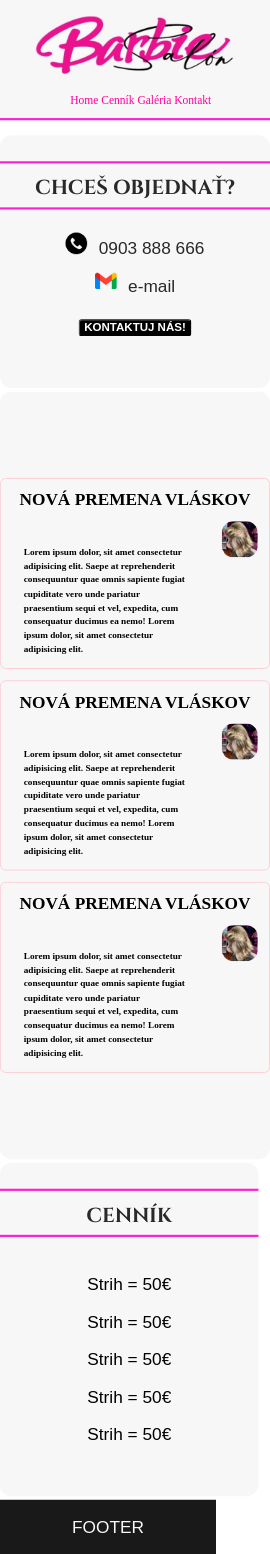
Repository: Badynko/Barbie-salon
Page: index.html
These files come from the project's save history. The page is drawn as it stood at one moment and after the next save; the edit follows.
The browser window is 375 px wide. The pictures show the whole page, at 72% of full size.
Some web fonts or font styles are not loaded; a fallback is used.

Above is the page before, as saved 2024-08-05 19:56:45.

### index.html
<!DOCTYPE html>
<html lang="en">
  <head>
    <meta charset="UTF-8" />
    <meta name="viewport" content="width=device-width, initial-scale=1.0" />
    <title>Barbie Salón</title>
    <link rel="stylesheet" href="css/style.css" />

    <link rel="preconnect" href="https://fonts.googleapis.com" />
    <link rel="preconnect" href="https://fonts.gstatic.com" crossorigin />
    <link
      href="https://fonts.googleapis.com/css2?family=Cinzel+Decorative:wght@400;700;900&family=Inter:wght@100..900&display=swap"
      rel="stylesheet"
    />

    <link rel="preconnect" href="https://fonts.googleapis.com" />
    <link rel="preconnect" href="https://fonts.gstatic.com" crossorigin />
    <link
      href="https://fonts.googleapis.com/css2?family=Cinzel+Decorative:wght@400;700;900&family=Cinzel:wght@400..900&family=Inter:wght@100..900&display=swap"
      rel="stylesheet"
    />

    <link rel="preconnect" href="https://fonts.googleapis.com" />
    <link rel="preconnect" href="https://fonts.gstatic.com" crossorigin />
    <link
      href="https://fonts.googleapis.com/css2?family=Cinzel+Decorative:wght@400;700;900&family=Cinzel:wght@400..900&family=Gupter:wght@400;500;700&family=Inter:wght@100..900&display=swap"
      rel="stylesheet"
    />
  </head>
  <body>
    <header>
      <div class="logo">
        <img src="img/logo-new.png" alt="logo" width="500px" height="auto" />
      </div>
      <nav>
        <ul class="menu">
          <li><a href="#">Home</a></li>
          <li><a href="#">Cenník</a></li>
          <li><a href="#">Galéria</a></li>
          <li><a href="#">Kontakt</a></li>
        </ul>
      </nav>
      <div class="social">
        <img src="img/fb.png" alt="FB" width="50px" height="auto" />
        <img src="img/ig.png" alt="IG" width="50px" height="auto" />
        <img src="img/tiktok.png" alt="tiktok" width="50px" height="auto" />
      </div>
    </header>
    <div class="main">
      <aside class="left">
        <h3 class="left-title">Chceš objednať?</h3>
        <ul class="termin-list">
          <li><img
              src="img/phone.png"
              alt="phone"
              width="30px"
              class="img-gmail"
            /><a href="#" class="contact-gmail"><a href="#">0903 888 666</a></li>
          <li>
            <img
              src="img/gmail.png"
              alt="gmail"
              width="30px"
              class="img-gmail"
            /><a href="#" class="contact-gmail">e-mail</a>
          </li>
        </ul>
        <button class="left-sub">Kontaktuj nás!</button>
      </aside>
      <main>
        <section class="container-main">
          <div class="post">
            <h4>Nová premena vláskov</h4>
            <div class="post-content">
              <p>
                Lorem ipsum dolor, sit amet consectetur adipisicing elit. Saepe
                at reprehenderit consequuntur quae omnis sapiente fugiat
                cupiditate vero unde pariatur praesentium sequi et vel,
                expedita, cum consequatur ducimus ea nemo! Lorem ipsum dolor,
                sit amet consectetur adipisicing elit.
              </p>
              <img
                src="img/post.jpg"
                alt="hairs"
                width="1440px"
                height="1440px"
                class="post-img"
              />
            </div>
          </div>
          <div class="post">
            <h4>Nová premena vláskov</h4>
            <div class="post-content">
              <p>
                Lorem ipsum dolor, sit amet consectetur adipisicing elit. Saepe
                at reprehenderit consequuntur quae omnis sapiente fugiat
                cupiditate vero unde pariatur praesentium sequi et vel,
                expedita, cum consequatur ducimus ea nemo! Lorem ipsum dolor,
                sit amet consectetur adipisicing elit.
              </p>
              <img
                src="img/post.jpg"
                alt="hairs"
                width="150px"
                class="post-img"
              />
            </div>
          </div>
          <div class="post">
            <h4>Nová premena vláskov</h4>
            <div class="post-content">
              <p>
                Lorem ipsum dolor, sit amet consectetur adipisicing elit. Saepe
                at reprehenderit consequuntur quae omnis sapiente fugiat
                cupiditate vero unde pariatur praesentium sequi et vel,
                expedita, cum consequatur ducimus ea nemo! Lorem ipsum dolor,
                sit amet consectetur adipisicing elit.
              </p>
              <img
                src="img/post.jpg"
                alt="hairs"
                width="150px"
                class="post-img"
              />
            </div>
          </div>
        </section>
      </main>
      <aside class="right">
        <h3 class="right-title">Cenník</h3>
        saidbad
        <ul class="prices">
          <li>
            <p class="price">Strih = 50€</p>
          </li>
          <li><p class="price">Strih = 50€</p></li>
          <li><p class="price">Strih = 50€</p></li>
          <li><p class="price">Strih = 50€</p></li>
          <li><p class="price">Strih = 50€</p></li>
        </ul>
      </aside>
    </div>
    <footer>FOOTER</footer>
  </body>
</html>

### css/style.css
* {
  margin: 0;
  box-sizing: border-box;
}

body {
  height: 95vh;
  font-family: sans-serif;
  text-align: center;
  color: #f7f7f7;
  font-size: 24px;
  display: flex;
  flex-direction: column;
  gap: 5px;
}

header {
  background: #f7f7f7;
  padding: 0;
  display: flex;
  flex-direction: row;
  align-items: center;
  border-bottom: 3px solid #fe1ed5;
  margin-bottom: 1rem;
}

.main {
  display: flex;
  flex: 1;
  gap: 5px;
}

.left {
  background: #f7f7f7;
  padding: 1.5em 0 3em 0;
  flex: 1 1 100px;
  margin-left: 1rem;

  border-radius: 1rem;
}

main {
  background: #f7f7f7;
  padding: 3em 0 3em 0;
  flex: 5 5 150px;

  border-radius: 1rem;
}

.right {
  background: #f7f7f7;
  padding: 1.5em 0 3em 0;
  margin-right: 1rem;

  border-radius: 1rem;
  flex: 1 1 150px;
}

footer {
  background: #191919;
  padding: 1em 0 1em 0;
}

/* CONTENT */

img {
  margin: 0;
  padding: 0;
}

nav {
  margin-left: 1rem;
  font-family: "Cinzel Decorative", serif;
  font-weight: 400;
  font-style: normal;
}

ul {
  padding-bottom: 0;
  padding-left: 0;
}

.menu a:link {
  text-decoration: none;
  padding-right: 3rem;
  margin-right: 0;

  background-color: #f7f7f7;
  padding: 10px 20px;
  color: #ff009d;
  border-radius: 10px;
  text-decoration: none;
}

.menu a:visited {
  color: #ff009d;
}

.menu a:hover {
  font-weight: 800;
}

.menu li {
  display: inline-block;
}

.left-title {
  padding-top: 1rem;
  padding-bottom: 0.5rem;
  text-transform: uppercase;
  color: rgb(41, 41, 41);
  border-top: 3px solid #fe1ed5;
  border-bottom: 3px solid #fe1ed5;
  font-family: "Cinzel", serif;
}

.right-title {
  padding-top: 1rem;
  padding-bottom: 0.5rem;
  text-transform: uppercase;
  color: rgb(41, 41, 41);
  border-top: 3px solid #fe1ed5;
  border-bottom: 3px solid #fe1ed5;
  font-family: "Cinzel", serif;
}

.termin-list {
  list-style: none;
  padding-left: 0;
  padding-top: 1rem;
}

.termin-list li {
  padding-top: 1rem;
  color: #282828;
}

.termin-list a:link {
  text-decoration: none;
  color: #282828;
}

.termin-list a:visited {
  text-decoration: none;
  color: #282828;
}

.date-list a:link {
  text-decoration: none;
  color: #282828;
}

.date-list a:visited {
  text-decoration: none;
  color: #282828;
}

.date-list a:hover {
}

.left-sub {
  margin-top: 2rem;
  font-size: 1rem;
  color: white;
  background: black;
  border-radius: 5px;
  text-transform: uppercase;
  font-weight: 600;
}

.date-list {
  margin-top: 1rem;
  padding: 0;
  font-size: 1rem;
  display: flex;
  flex: 1 1;
  list-style: none;

  font-weight: bold;
}

.date-list li {
  padding: 0.5rem;
}

.post {
  border-radius: 0.5rem;
  background-color: #f7f7f7;
  margin-left: 100px;
  margin-right: 100px;
  padding-bottom: 1rem;
  border: 1px solid pink;
}

.post h4 {
  color: #000;
  padding-top: 1rem;
  font-family: "Gupter", serif;
  text-transform: uppercase;
}

.post p {
  color: #000;
  font-size: 1rem;
  text-align: left;

  margin-top: 50px;
  margin-left: 2rem;
  width: 60%;
}

.post-content {
  display: flex;
  flex-direction: row;
  justify-content: space-between;
}

.post-content p {
  font-size: 0.8rem;
  line-height: 1.5;
  font-family: "Gupter", serif;
  font-weight: 600;
  letter-spacing: 1.2;
}

.post-img {
  width: 200px;
  height: auto;
  margin: 1rem;
  border-radius: 1rem;
}

.logo img {
}

.social {
  margin-right: 3rem;
  display: flex;
  flex: 1 1;
  flex-direction: row;
  justify-content: flex-end;
  gap: 2rem;
}

.container-main {
  display: flex;
  flex-direction: column;
  gap: 1rem;
  font-family: "Cinzel", serif;
}

.contact-gmail {
  margin-top: -10px;
}

.img-gmail {
  margin-right: 1rem;
}

.prices {
  color: #000;
  list-style: none;
}

.price {
  margin-top: 1.5rem;
}

@media all and (max-width: 550px) {
  body {
    max-width: 100%;
  }
  .main {
    flex-direction: column;
  }

  main {
    padding: 5em 0 5em 0;
  }

  header {
    flex-direction: column;
    flex: 1 1;
  }

  .logo img {
    max-height: 100%;
    max-width: 300px;
    overflow: hidden;
  }

  .post img {
    width: 50px;
    height: 50px;
  }

  .left {
    margin-left: 0;
    width: 100vw;
  }

  .post {
    margin-left: 0;
    margin-right: 0;
  }

  .right {
    flex: 1 1 100px;
  }

  footer {
    width: 80%;
  }

  nav {
    font-size: 1rem;
    margin-bottom: 15px;
  }

  .menu a:link {
    padding: 0;
  }

  .social {
    display: none;
  }

  .main {
    order: 0;
  }
}

After the next save:
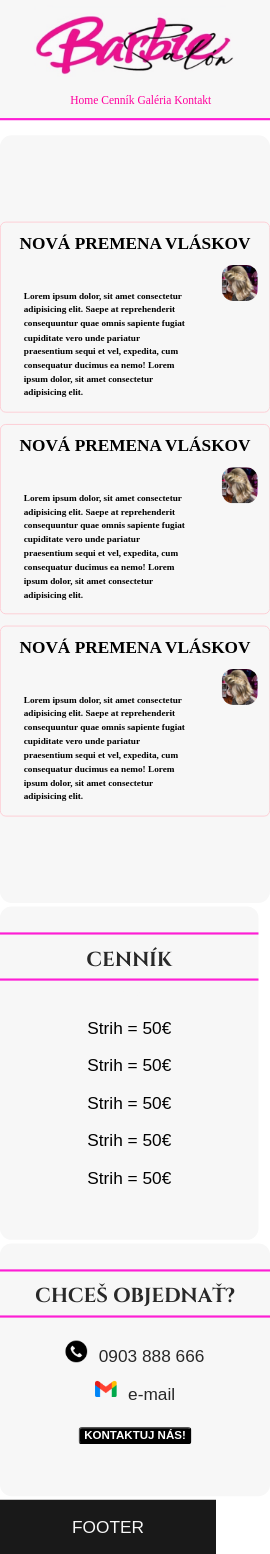
Saved 15 s later.
--- a/css/style.css
+++ b/css/style.css
@@ -297,6 +297,7 @@
   .left {
     margin-left: 0;
     width: 100vw;
+    order: 2;
   }
 
   .post {
